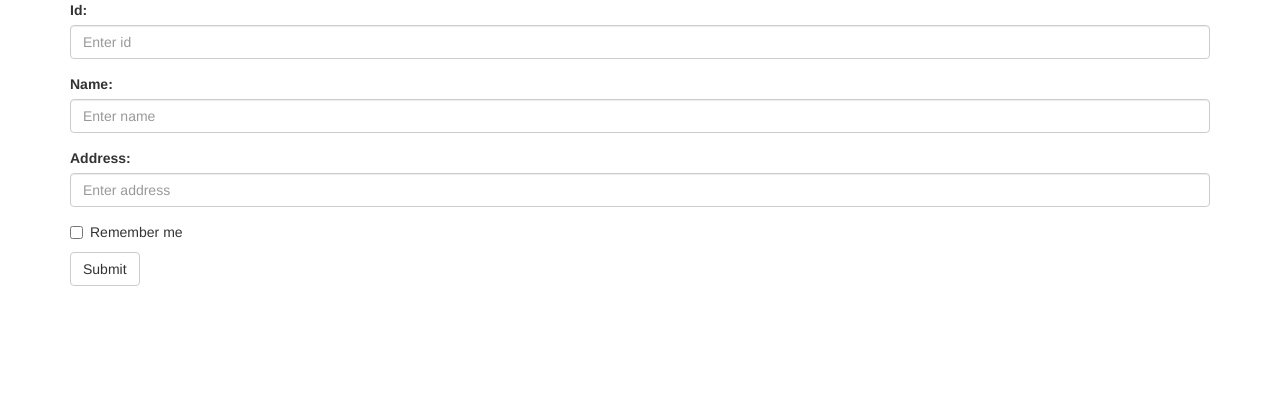
Repository: priyankateli27/priyanka
Page: SirAssignment/src/main/webapp/info.html
An editor plug-in stored every save of this project. The page is shown before and after the next save, followed by the edit.
The browser window is 1280 px wide. The pictures show the whole page.

Above is the page before, as saved 2016-07-15 10:26:42.

### SirAssignment/src/main/webapp/info.html
<!DOCTYPE html>
<html lang="en">
<head>
  <title>Student Record</title>
  <meta charset="utf-8">
  <meta name="viewport" content="width=device-width, initial-scale=1">
  <link rel="stylesheet" href="http://maxcdn.bootstrapcdn.com/bootstrap/3.3.6/css/bootstrap.min.css">
  <script src="https://ajax.googleapis.com/ajax/libs/jquery/1.12.4/jquery.min.js"></script>
  <script src="http://maxcdn.bootstrapcdn.com/bootstrap/3.3.6/js/bootstrap.min.js"></script>
</head>
<body>

<div class="container">
  <form role="form">
    <div class="form-group">
      <label for="email">Id:</label>
      <input type="id" class="form-control" id="id" placeholder="Enter id">
    </div>
    <div class="form-group">
      <label for="pwd">Name:</label>
      <input type="name" class="form-control" id="name" placeholder="Enter name">
    </div>
    <div class="form-group">
      <label for="pwd">Address:</label>
      <input type="address" class="form-control" id="address" placeholder="Enter address">
    </div>









    <div class="checkbox">
      <label><input type="checkbox"> Remember me</label>
    </div>
    <button type="submit" class="btn btn-default">Submit</button>
  </form>
</div>

</body>
</html>

After the next save:
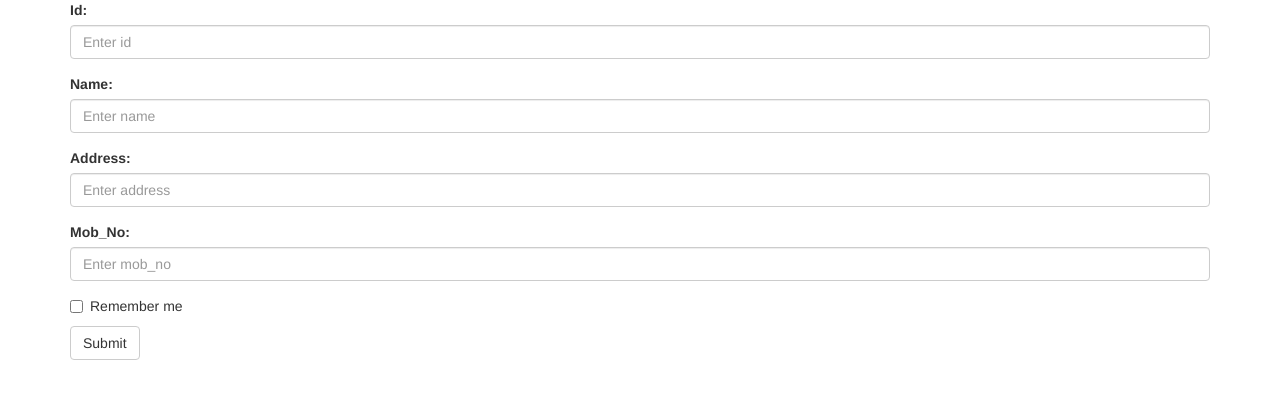
Saved 39 s later.
--- a/SirAssignment/src/main/webapp/info.html
+++ b/SirAssignment/src/main/webapp/info.html
@@ -24,6 +24,10 @@
       <label for="pwd">Address:</label>
       <input type="address" class="form-control" id="address" placeholder="Enter address">
     </div>
+    <div class="form-group">
+      <label for="pwd">Mob_No:</label>
+      <input type="mob_no" class="form-control" id="mob_no" placeholder="Enter mob_no">
+    </div>
 
 
 
